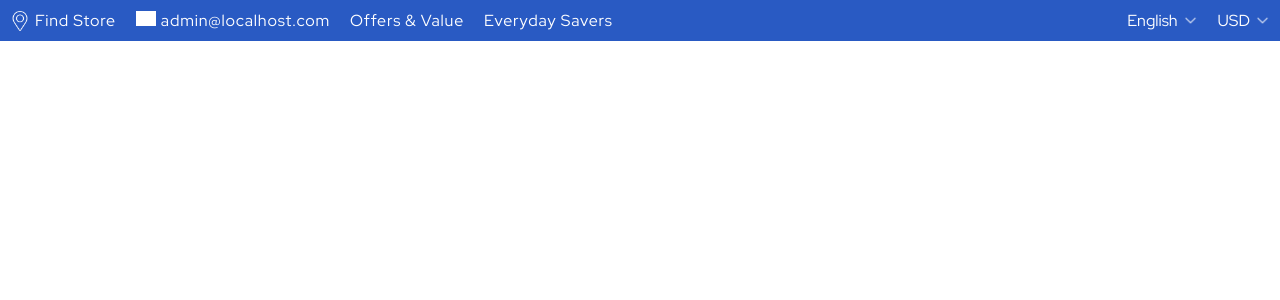
Repository: ldminh95/demo01
Page: index.html
An editor plug-in stored every save of this project. The page is shown before and after the next save, followed by the edit.
The browser window is 1280 px wide. The pictures show the whole page.
Pictures or frames that could not be fetched are drawn as grey boxes.

Above is the page before, as saved 2023-09-18 08:22:04.

### index.html
<!DOCTYPE html>
<html lang="en">
<head>
    <meta charset="UTF-8">
    <meta name="viewport" content="width=device-width, initial-scale=1.0">
    <title>Bigsoho</title>
    <link rel="stylesheet" href="/css/base.css">
</head>
<body class="home_page">
    <header>
        <div class="hd_top">
            <div class="main flex">
                <div class="hd_left">
                    <ul>
                        <li><a href="#" class="pin icon">Find Store</a></li>
                        <li><a href="#" class="mail icon">admin@localhost.com</a></li>
                        <li><a href="#">Offers & Value</a></li>
                        <li><a href="#">Everyday Savers</a></li>
                    </ul>
                </div>
                <div class="hd_right">
                    <ul>
                        <li>
                            <span class="lv2">English</span>
                            <ul>
                                <li><a href="">English</a></li>
                                <li><a href="">Francais</a></li>
                                <li><a href="">Nederlands</a></li>
                            </ul>
                        </li>
                        <li>
                            <span class="lv2">USD</span>
                            <ul>
                                <li><a href="">CAD</a></li>
                                <li><a href="">EUR</a></li>
                                <li><a href="">USD</a></li>
                            </ul>
                        </li>
                    </ul>
                </div>
            </div>
        </div>
    </header>

    <script src="/js/main.js"></script>
</body>
</html>

### css/base.css
@import "googleFont.css";
@import "style.css";
@import "top.css";

### js/main.js
let $ = document.querySelector.bind(document)
let $$ = document.querySelectorAll.bind(document)

$$('.hd_right .lv2').forEach((item,index) => {
    item.nextElementSibling.classList.remove('active')
    item.onclick = function() {
        this.nextElementSibling.classList.toggle('active')
    }
});

### css/googleFont.css
@import url('https://fonts.googleapis.com/css2?family=Red+Hat+Display:ital,wght@0,300;0,400;0,500;0,600;0,700;0,800;0,900;1,300;1,400;1,500;1,600;1,700;1,800;1,900&display=swap');

:root {
    --f-red: 'Red Hat Display', sans-serif;
}

### css/style.css
* {
    box-sizing: border-box;
    margin: 0;
    padding: 0;
}
:root {
    --cl-main: #295ac3;
    --fsize: 16px;
}
body {
    font-family: var(--f-red);
    font-size: var(--fsize);
    color: #000;
}
li {
    list-style-type: none;
}
a {
    text-decoration: none;
    color: #fff;
}

.main {
    max-width: 1510px;
    padding: 0 10px;
    margin: auto;
}

.home_page {
    width: 100vw;
    height: 100vh;
    overflow: hidden;
}

.flex {
    display: flex;
    justify-content: space-between;
    align-items: center;
}

### css/top.css
/* Header */
.hd_top {
    background-color: var(--cl-main);
    padding: 10px 0;
}
.hd_top .hd_left ul {
    display: flex;
}
.hd_left ul li {
    padding-right: 20px
}
.hd_left ul li a {
    letter-spacing: 0.05em;
    position: relative;
}
.hd_left .icon {
    padding-left: 25px;
}
.hd_left .icon::before {
    content: "";
    position: absolute;
    width: 20px;
    height: 20px;
    left: 0;
    top: 0;
    bottom: 0;
    margin: auto;
    background-color: #fff;
    -webkit-mask-size: contain;
    -webkit-mask-repeat: no-repeat;
}
.hd_left .pin::before {
    -webkit-mask-image: url(../images/pin.png);
}
.hd_left .mail::before {
    -webkit-mask-image: url(../images/telephone.png);
}
.hd_right>ul {
    display: flex;
}
.hd_right ul li {
    position: relative;
}
.hd_right ul>li {
    padding-left: 20px;
    padding-right: 20px;
}
.hd_right span {
    color: #fff;
    cursor: pointer;
}
.hd_right ul ul {
    position: absolute;
    top: 30px;
    width: 140px;
    right: 0;
    background-color: #fff;
    box-shadow: -1px 1px 2px rgb(0 0 0 / 31%);
    display: none;
}
.hd_right ul ul.active {
    display: block;
}
.hd_right ul ul a {
    color: #000;
    padding: 5px 0;
    display: block;
}
.hd_right span::before {
    content: "";
    position: absolute;
    width: 15px;
    height: 15px;
    right: 0;
    top: 0;
    bottom: 0;
    margin: auto;
    background-color: #fff;
    -webkit-mask-image: url(../images/arr.png);
    -webkit-mask-size: contain;
    -webkit-mask-repeat: no-repeat;
}

After the next save:
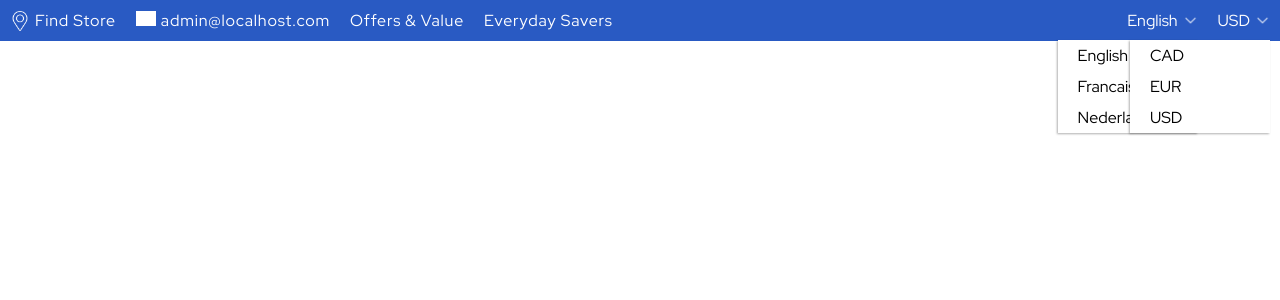
Saved 9 s later.
--- a/js/main.js
+++ b/js/main.js
@@ -2,7 +2,7 @@
 let $$ = document.querySelectorAll.bind(document)
 
 $$('.hd_right .lv2').forEach((item,index) => {
-    item.nextElementSibling.classList.remove('active')
+    item.nextElementSibling.classList.add('active')
     item.onclick = function() {
         this.nextElementSibling.classList.toggle('active')
     }

After the 2 saves that followed:
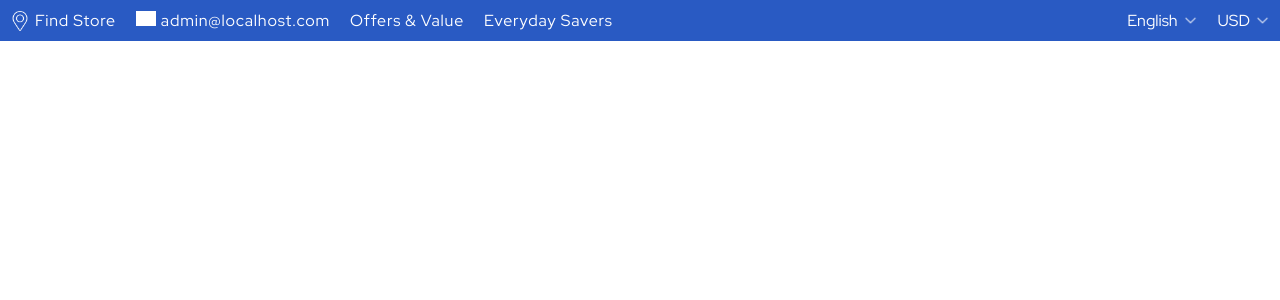
The 2 saves are shown as one change because they came seconds apart.
The last was saved 16 s later.
--- a/js/main.js
+++ b/js/main.js
@@ -2,8 +2,8 @@
 let $$ = document.querySelectorAll.bind(document)
 
 $$('.hd_right .lv2').forEach((item,index) => {
-    item.nextElementSibling.classList.add('active')
+    item.nextElementSibling.classList.remove('active')
     item.onclick = function() {
-        this.nextElementSibling.classList.toggle('active')
+        this.nextElementSibling.classList.add('active')
     }
 });
